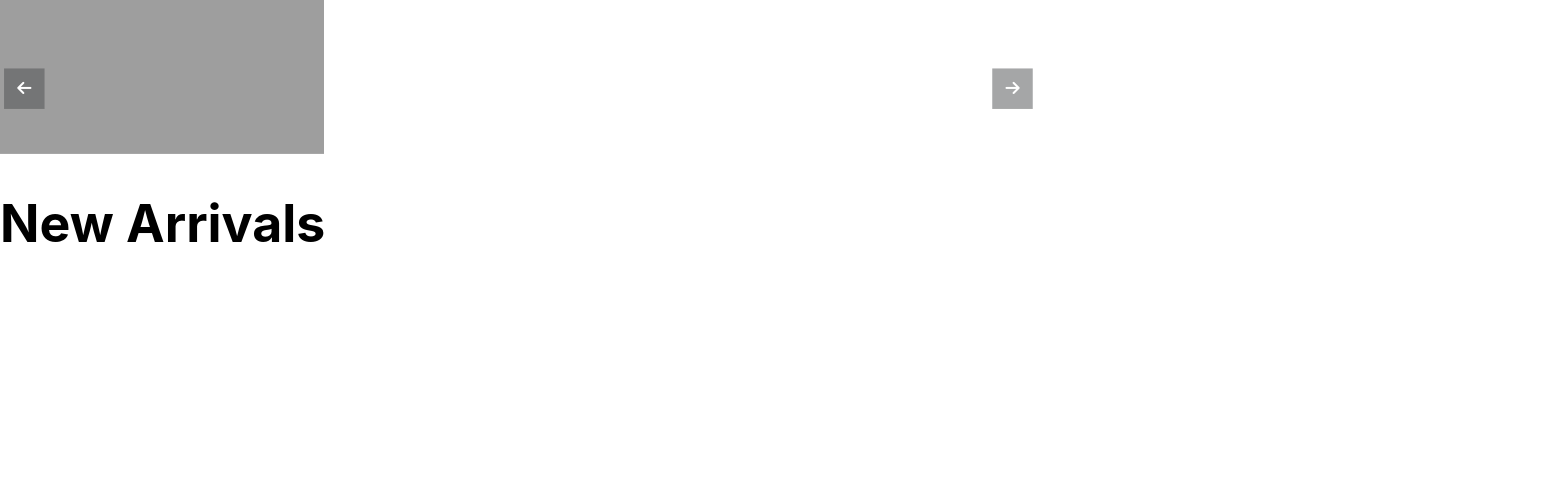
Repository: 0584386177/CuoiKiReactJs
Page: /
The author's editor kept a copy of each file at every save. The page is drawn from the files as they stood at one save, then again after the next save.
The browser window is 1280 px wide. The page is 1310 px wide, then 1920 px, so the pictures cover 1920 px, including what lies to the right of the window. The pictures show the part of the page from y = 200 to 816 px (the page is 1530 px tall), at 81% of full size.
Pictures or frames that could not be fetched are drawn as grey boxes. The page's requests for data from a server got no answer. The project was rebuilt for these pictures with package versions that can differ from the ones it lists, and the page was loaded fresh each time. No one was signed in, and anything a server would have sent is missing. Also part of the build but not shown: src/components/Men/Men.jsx, src/components/Women/Women.jsx.

Above is the page before, as saved 2023-11-10 23:02:42.

### src/App.js
import React from 'react';
import Page from './components/Page/Page';
import { Route,Routes } from 'react-router-dom';
import Men from './components/Men/Men';
import Women from './components/Women/Women';

const App = () => {
  return (
    <div>
      <Routes>
        <Route path='/' element = {<Page></Page>}></Route>
        <Route path='/women' element = {<Women></Women>}></Route>
        <Route path='/men' element={<Men></Men>}></Route>
      </Routes>
    </div>
  );
};

export default App;

### src/components/Page/Page.jsx
import React from 'react';
import Header from './Header';
import styled from 'styled-components';
import Slider from './Slider';
import NewArrivals from './NewArrivals';
const PageWrapper = styled.div`
    min-width: 100%;
    height: 100vh;

`
const Page = () => {
    return (
        <PageWrapper>
        <Header/>
        <Slider/>
        <NewArrivals/>
        </PageWrapper>
    );
};

export default Page;

### src/components/Page/Header.jsx
import React from "react";
import styled from "styled-components";

const HeaderWrapper = styled.div`
  width: 100%;
  height: 90px;
  display: flex;
  justify-content: space-around;
  align-items: center;
`;
const HeaderLogo = styled.div`
  font-size: 15px;
`;
const HeaderMenu = styled.div`
  ul {
    display: flex;
    list-style: none;

    li {
      padding: 10px 20px;

      a {
        display: block;
        padding: 10px 20px;
        text-decoration: none;
        color: #000;
        font-weight: 500;
        font-size: 17px;
        position: relative;
      }
      a::before {
        content: "";
        position: absolute;
        left: 0;
        bottom: 0;
        height: 2px;
        background: #000000;
        transition: all 0.3s ease;
      }
      a:hover::before {
        width: 100%;
        animation: fluent 0.5s forwards;
      }
    }

    @keyframes fluent {
      0% {
        width: 0px;
      }
      100% {
        width: 100%;
      }
    }
  }
`;
const HeaderFeatures = styled.div`
  display: flex;
  align-items: center;
  width: 340px;
  height: 100%;
`;
const HeaderSearch = styled.div`
  width: 200px;
  height: 30px;
  position: relative;

  input {
    width: 200px;
    height: 30px;
  }
  i {
    position: absolute;
    right: 0;
    top: 50%;
    transform: translateY(-50%);
  }
`;
const HeaderAccount = styled.div`
  margin: 0px 25px;
  font-size: 30px;
`;
const HeaderCart = styled.div`
    font-size: 25px;
`;

const Header = () => {
  return (
    <HeaderWrapper>
      <HeaderLogo>
        <h1>NHOM BAO</h1>
      </HeaderLogo>
      <HeaderMenu>
        <ul>
          <li>
            <a href="#">NEW</a>
          </li>
          <li>
            <a href="#">NỮ</a>
          </li>
          <li>
            <a href="#">NAM</a>
          </li>
          <li>
            <a href="#">GOLF</a>
          </li>
        </ul>
      </HeaderMenu>
      <HeaderFeatures>
        <HeaderSearch className="search">
          <input type="text" placeholder="search..."></input>
          <i class="fa-solid fa-magnifying-glass"></i>
        </HeaderSearch>
        <HeaderAccount className="account">
          <i class="fa-solid fa-person"></i>
        </HeaderAccount>
        <HeaderCart className="cart">
          <i class="fa-solid fa-cart-shopping"></i>
        </HeaderCart>
      </HeaderFeatures>
    </HeaderWrapper>
  );
};

export default Header;

### src/components/Page/Slider.jsx
import React, { useState } from "react";
import styled from "styled-components";

const SliderWrapper = styled.div`
  width: 100%;
  height: 100%;
  position: relative;
`;
const SliderButton = styled.div`
  width: 100%;
  position: absolute;
  top: 29%;
  left: 0;
  transform: translateY(-29%);
  display: flex;
  justify-content: space-between;
  align-items: center;
`;
const SliderNext = styled.button`
  width: 50px;
  height: 50px;
  color: white;
  background-color: rgba(76, 78, 80, 0.5);
  outline: none;
  border: none;
  margin-right: 5px;
  font-size: 20px;
  cursor: pointer;
`;
const SliderPre = styled.button`
  width: 50px;
  height: 50px;
  color: white;
  background-color: rgba(76, 78, 80, 0.5);
  outline: none;
  border: none;
  margin-left: 5px;
  font-size: 20px;
  cursor: pointer;
`;
const ArrivalsTitle = styled.h1`
  width: 100%;
  margin: 0 auto;
`
const Slider = () => {
  const arrayImage = [
    "https://file.hstatic.net/1000143422/file/desktop_banner_slider_1920x600_2link_ult-trn_4b3327ceb7184530ae9783ad00500c46.jpg",
    "https://file.hstatic.net/1000143422/file/desktop_banner_slider_1920x600_2link_street_9e990a78d04646e3ae0fe35feb29b499.jpg",
    "https://file.hstatic.net/1000143422/file/hero-desk_c4-w-1920x720_0cadeff9488b4baab4c417601e60ba7a.jpg",
    "https://file.hstatic.net/1000143422/file/ec-desktop_banner_1920x600px_062fbb7c60db49ada98de87f9f03862c.png",
    "https://file.hstatic.net/1000143422/file/desktop_banner_slider_1920x600_2link_soft_dd3b9719fd3e4818bb108c020a9af7a2.jpg",
  ];

  const [ImageIndexCurrent, setImageIndexCurrent] = useState(0);
  const handleClickNext = () => {
    setImageIndexCurrent(ImageIndexCurrent + 1);
    if (ImageIndexCurrent === 4) setImageIndexCurrent(0);
  };
  const handleClickPre = () => {
    setImageIndexCurrent(ImageIndexCurrent - 1);
    if (ImageIndexCurrent === 0) setImageIndexCurrent(4);
  };
  return (
    <SliderWrapper>
      <div className="image">
        <img src={arrayImage[ImageIndexCurrent]} alt=""></img>
      </div>
      <SliderButton>
        <SliderPre onClick={handleClickPre}>
          <i class="fa-solid fa-arrow-left"></i>
        </SliderPre>
        <SliderNext onClick={handleClickNext}>
          <i class="fa-solid fa-arrow-right"></i>
        </SliderNext>
      </SliderButton>
      <ArrivalsTitle>
        <h1>New Arrivals</h1>
      </ArrivalsTitle>

    </SliderWrapper>
  );
};

export default Slider;

### src/components/Page/NewArrivals.jsx
import React, { useEffect, useState } from "react";
import styled from "styled-components";

const ArrivalsWrapper = styled.div`
  width: 100%;
  height: 100%;
  display: flex;
  justify-content: center;
`;
// const ArrivalsTitle = styled.h1`
//   padding: 20px 0px;
// `;
const ArrivalsItems = styled.div`
  display: flex;
`;

const ArrivalsItem = styled.div`
  width: 315px;
  height: 405px;
  padding: 10px 10px;
  display: flex;
  flex-direction: column;
  align-items: center;
`;
const ItemImg = styled.img`
  width: 100%;
  height: 300px;
  object-fit: cover;
  flex-shrink: 0;
`;
const api = "http://localhost:3000/products";
const NewArrivals = () => {
  const [products, setProducts] = useState([null]);
  console.log(products);
  useEffect(() => {
    const fetchData = async () => {
      const response = await fetch(api);
      const data = await response.json();
      return setProducts(data);
    };
    fetchData();
  }, []);
  return (
    <ArrivalsWrapper>
      {/* <ArrivalsTitle>NEW ARRIVALS</ArrivalsTitle> */}

      <ArrivalsItems>
        {/* {Array(4)
          .fill(null)
          .map((item, index) => {
            return (
              <ArrivalsItem>
                <ItemImg src="https://source.unsplash.com/random" alt="" />
                <h4>ECCOs</h4>
              </ArrivalsItem>
            );
          })} */}
        <ArrivalsItem>
          <ItemImg src="https://source.unsplash.com/random" alt="" />
          <h4>ECCOs</h4>
        </ArrivalsItem>{" "}

        <ArrivalsItem>
          <ItemImg src="https://source.unsplash.com/random" alt="" />
          <h4>ECCO</h4>
        </ArrivalsItem>
        <ArrivalsItem>
          <ItemImg src="https://source.unsplash.com/random" alt="" />
          <h4>ECCO</h4>
        </ArrivalsItem>
        <ArrivalsItem>
          <ItemImg src="https://source.unsplash.com/random" alt="" />
          <h4>ECCOs</h4>
        </ArrivalsItem>
      </ArrivalsItems>
    </ArrivalsWrapper>
  );
};

export default NewArrivals;

Loaded but not shown: public/index.html (common file); src/index.js (common file); src/index.css (common file); src/reportWebVitals.js (common file)

After the next save:
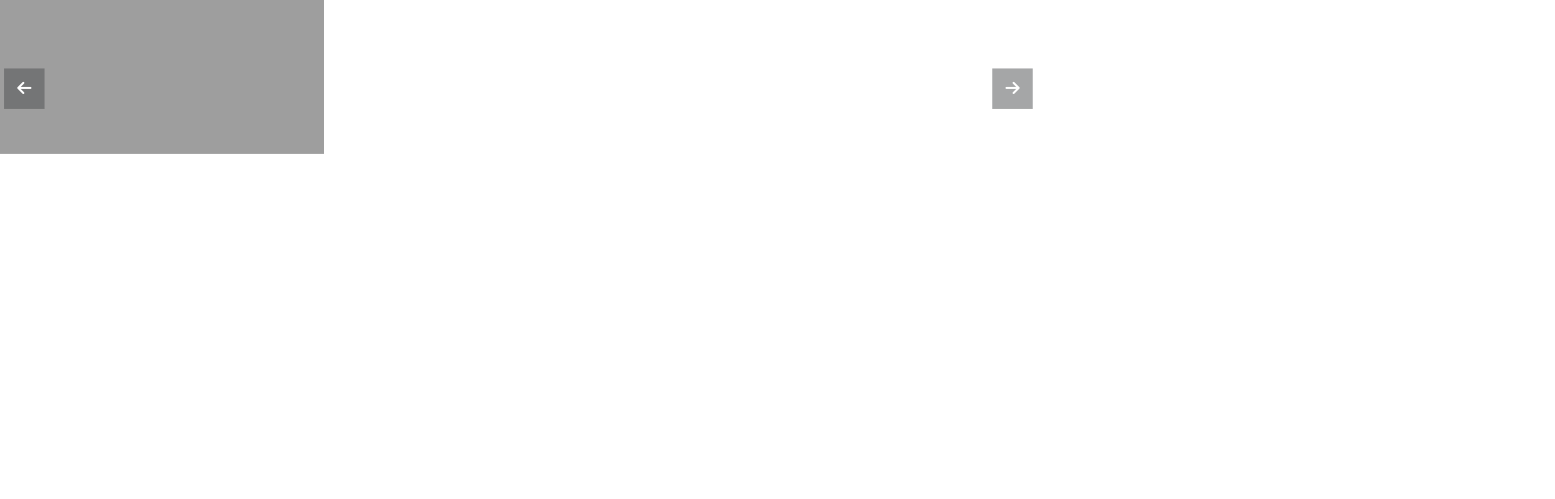
Saved 20 s later.
--- a/src/components/Page/Slider.jsx
+++ b/src/components/Page/Slider.jsx
@@ -40,7 +40,7 @@ const SliderPre = styled.button`
 `;
 const ArrivalsTitle = styled.h1`
   width: 100%;
-  margin: 0 auto;
+  margin: 50%;
 `
 const Slider = () => {
   const arrayImage = [
